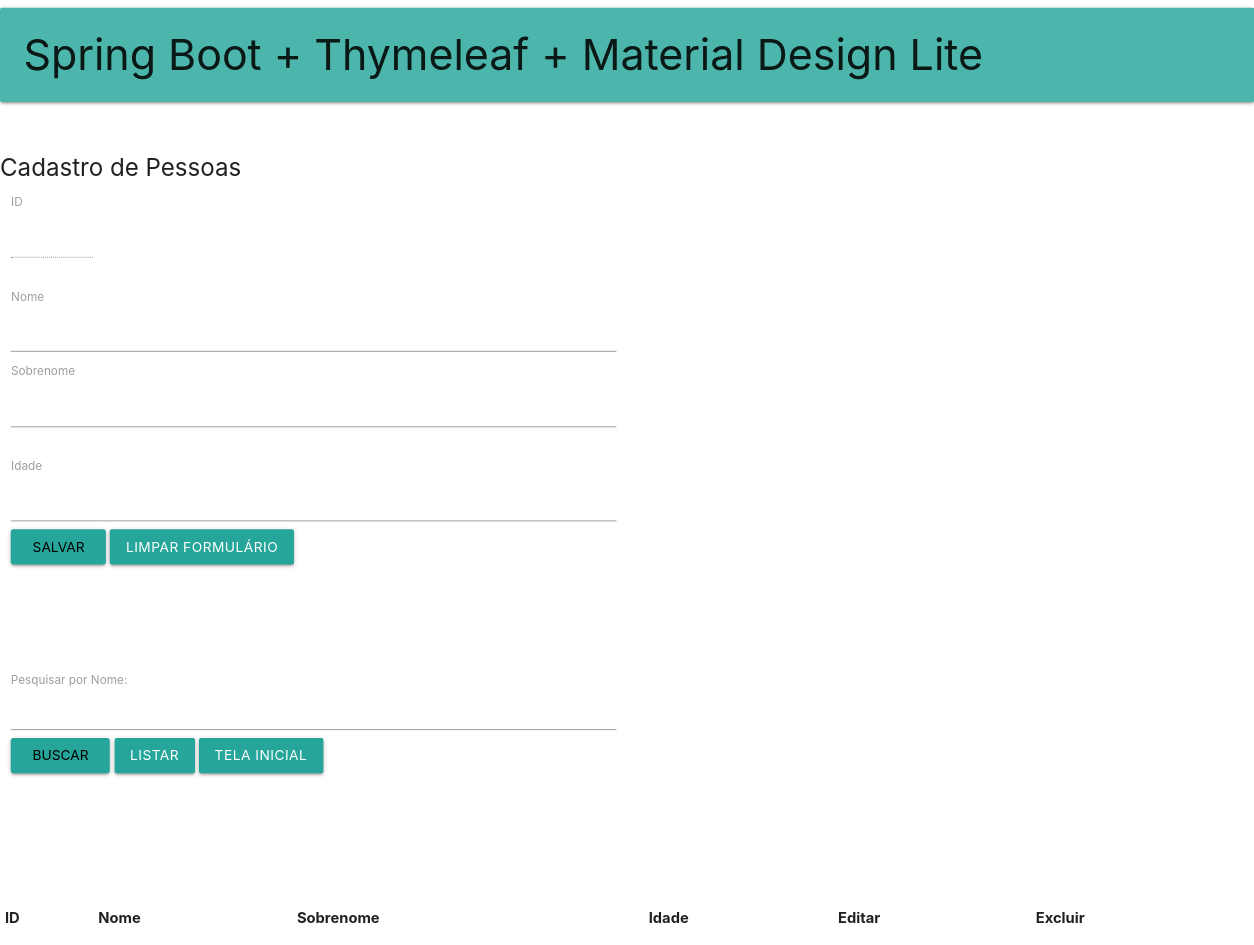
Repository: wendell-comp/Sistema-de-Gestao-de-Pessoas
Page: http://localhost/cadastro/cadastropessoa
An editor plug-in stored every save of this project. The page is shown before and after the next save, followed by the edit.
The browser window is 1280 px wide. The pictures show the whole page, at 98% of full size.
The page is this project's Thymeleaf template; nobody is signed in. The template is opened directly, without the code that normally fills it, so the values that code supplies are empty.

Above is the page before, as saved 2021-02-09 21:04:03.

After the next save:
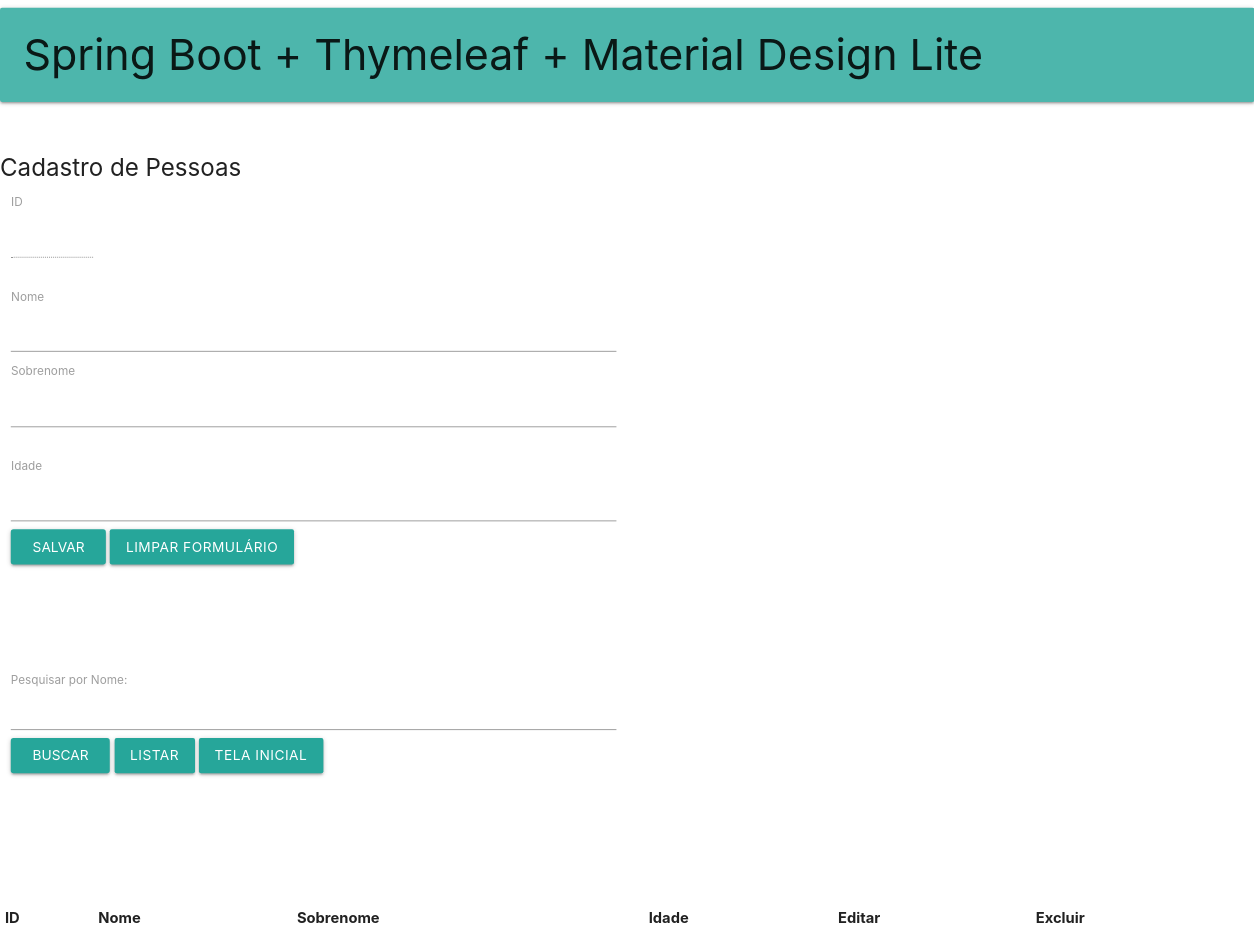
Saved 2 min 53 s later.
--- a/springboot/src/main/resources/templates/cadastro/cadastropessoa.html
+++ b/springboot/src/main/resources/templates/cadastro/cadastropessoa.html
@@ -15,6 +15,9 @@
   table.striped > tbody > tr:nth-child(odd) {
   background-color: rgba(158, 154, 154, 0.5);
 }
+	form input[type=submit]{
+	color:white;
+	}
 </style>
 
 </head>
